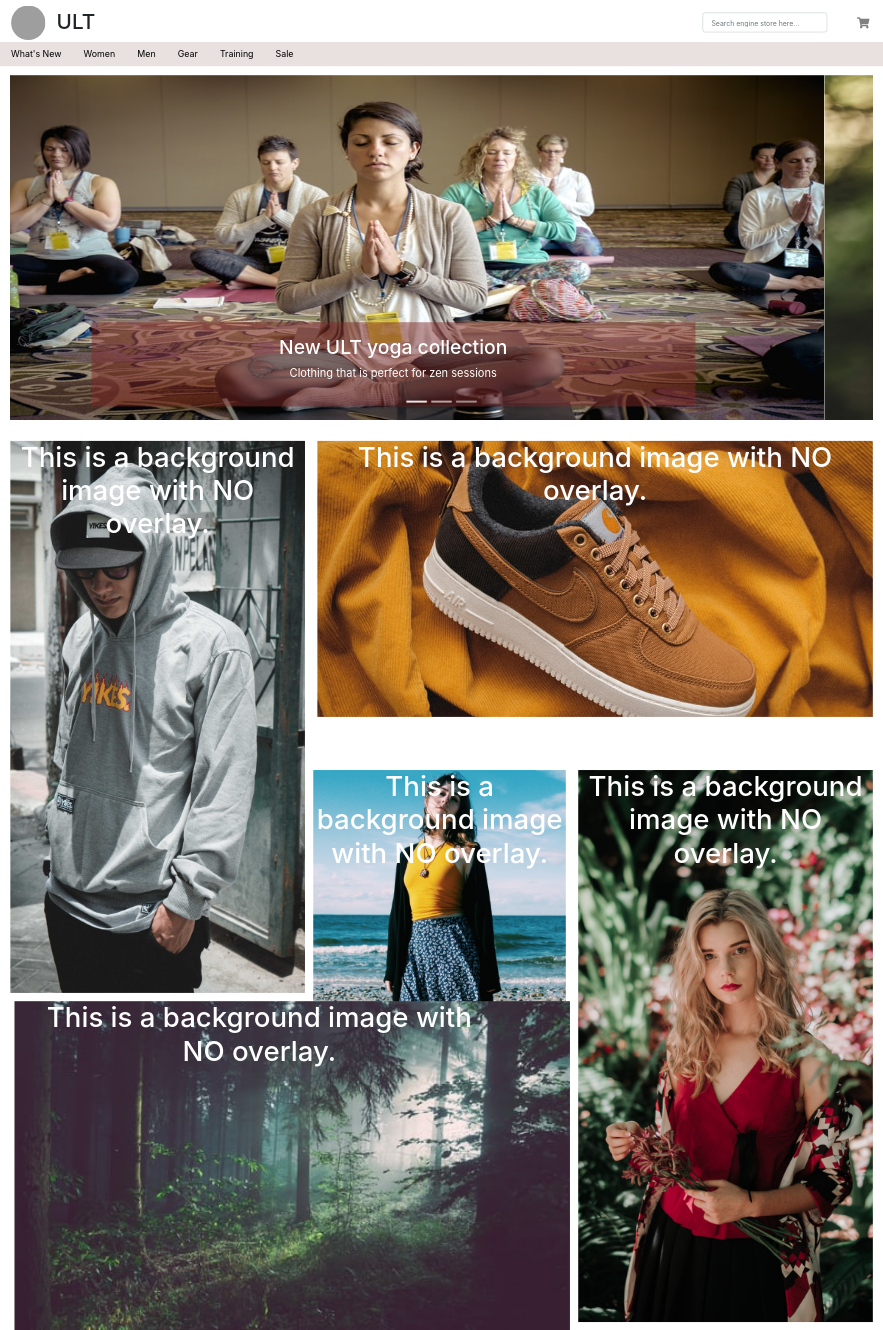
Repository: Ajtheult/Luma-Challenge-Site
Page: /
An editor plug-in stored every save of this project. The page is shown before and after a run of saves, followed by the edit.
The browser window is 1280 px wide. The pictures show the whole page, at 69% of full size.
Pictures or frames that could not be fetched are drawn as grey boxes. The project was rebuilt for these pictures with package versions that can differ from the ones it lists, and the page was loaded fresh each time.

Above is the page before, as saved 2020-08-31 13:25:47.

After the next 2 saves:
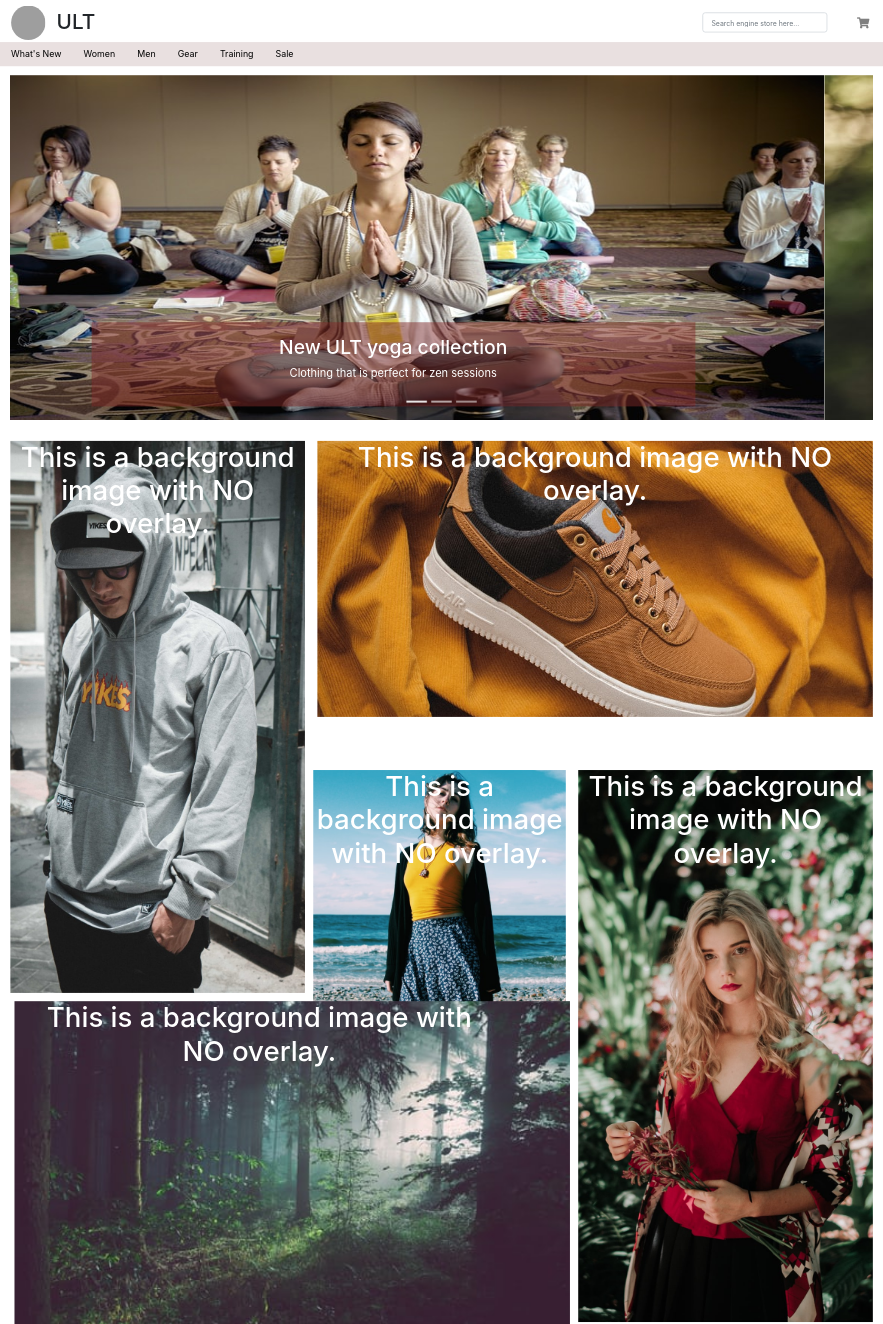
The 2 saves are shown as one change because they came seconds apart.
The last was saved 15 s later.
--- a/src/components/layout/pages/Home.css
+++ b/src/components/layout/pages/Home.css
@@ -66,7 +66,7 @@
   background-position: center center;
   color: #fff;
   width: 132%;
-  height: 100%;
+  height: 98%;
   margin-top: 2%;
   margin-left: -104%;
 }
